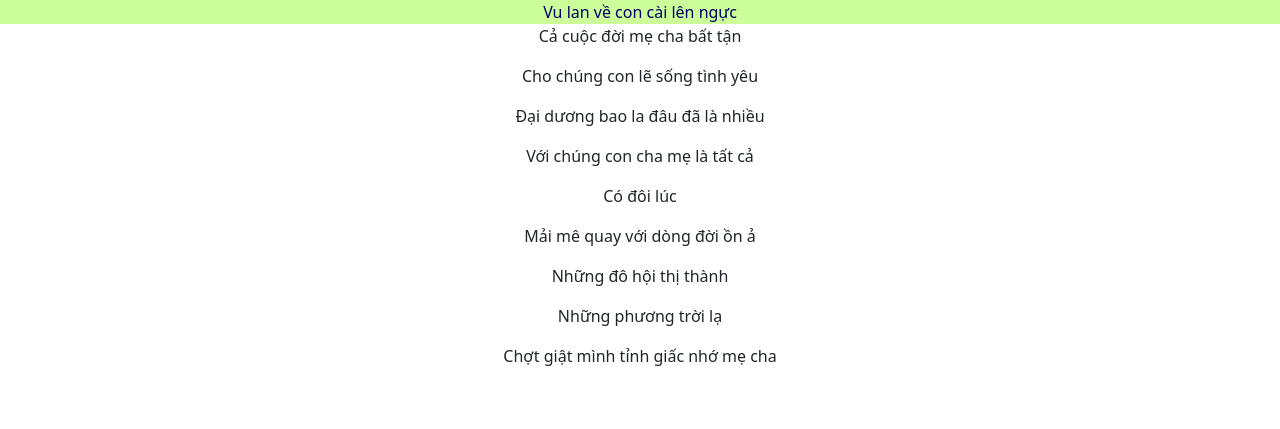
Repository: hoapham2k2/bai_tap_thuc_hanh_is207.n12
Page: index.html
An editor plug-in stored every save of this project. The page is shown before and after the next save, followed by the edit.
The browser window is 1280 px wide. The pictures show the whole page.

Above is the page before, as saved 2022-09-19 08:08:40.

### index.html
<!DOCTYPE html>
<html lang="en">

<head>
    <meta charset="UTF-8">
    <meta http-equiv="X-UA-Compatible" content="IE=edge">
    <meta name="viewport" content="width=device-width, initial-scale=1.0">
    <title>Document</title>

    <!-- link bootstrap -->
    <!-- Latest compiled and minified CSS -->
    <link href="https://cdn.jsdelivr.net/npm/bootstrap@5.2.1/dist/css/bootstrap.min.css" rel="stylesheet">
    <!-- Latest compiled JavaScript -->
    <script src="https://cdn.jsdelivr.net/npm/bootstrap@5.2.1/dist/js/bootstrap.bundle.min.js"></script>
</head>

<body>

    <div class="poem text-center">
        <div class="poem_title">Vu lan về con cài lên ngực</div>
        <div class="poem_body ">
            <div class="poem_1st_parapraph">
                <p>Cả cuộc đời mẹ cha bất tận</p>
                <p>Cho chúng con lẽ sống tình yêu</p>
                <p>Đại dương bao la đâu đã là nhiều</p>
                <p>Với chúng con cha mẹ là tất cả</p>
            </div>
            <div class="poem_2st_parapraph">
                <p>Có đôi lúc</p>
                <p>Mải mê quay với dòng đời ồn ả</p>
                <p>Những đô hội thị thành</p>
                <p>Những phương trời lạ</p>
                <p>Chợt giật mình tỉnh giấc nhớ mẹ cha</p>
            </div>
        </div>
    </div>
</body>
<style>
    :root {}

    html {
        font-family: Georgia, 'Times New Roman', Times, serifs;
    }

    .poem_title {
        color: #000066;
        background-color: #ccff99;
    }



    .poem_1st_paragraph {
        color: #990000;
        font-size: 4pt;
    }

    .poem_2st_paragraph {
        color: #990099;
        font-size: 4pt;
    }
</style>

</html>

After the next save:
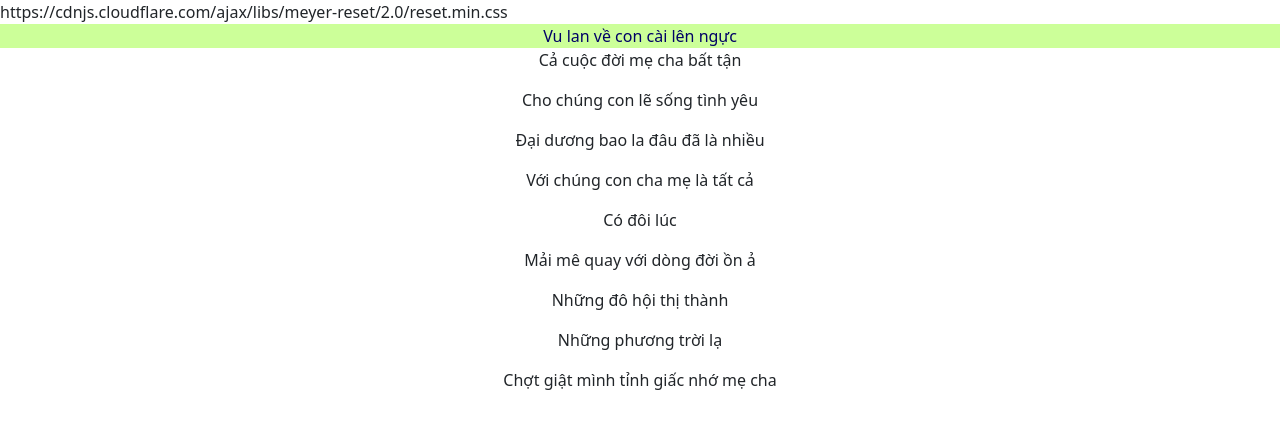
Saved 56 s later.
--- a/index.html
+++ b/index.html
@@ -5,6 +5,7 @@
     <meta charset="UTF-8">
     <meta http-equiv="X-UA-Compatible" content="IE=edge">
     <meta name="viewport" content="width=device-width, initial-scale=1.0">
+    https://cdnjs.cloudflare.com/ajax/libs/meyer-reset/2.0/reset.min.css
     <title>Document</title>
 
     <!-- link bootstrap -->
